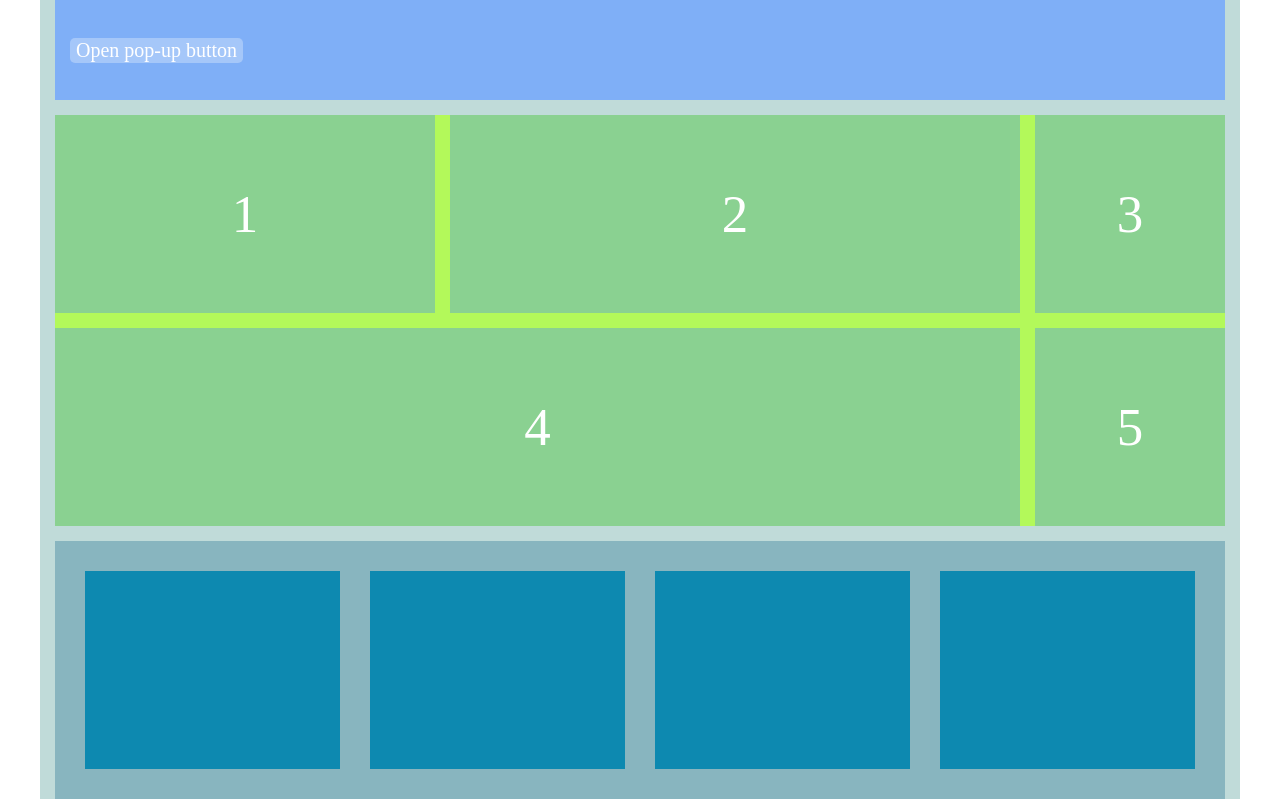
Repository: Evgenius190999999/nodasoft
Page: index.html
An editor plug-in stored every save of this project. The page is shown before and after the next save, followed by the edit.
The browser window is 1280 px wide. The pictures show the whole page.
Some web libraries are served in a nearby version. The style sheet was rebuilt from its Sass, Less or Tailwind sources for each picture, by a compiler version that may differ from the author's.

Above is the page before, as saved 2022-07-08 15:21:23.

After the next save:
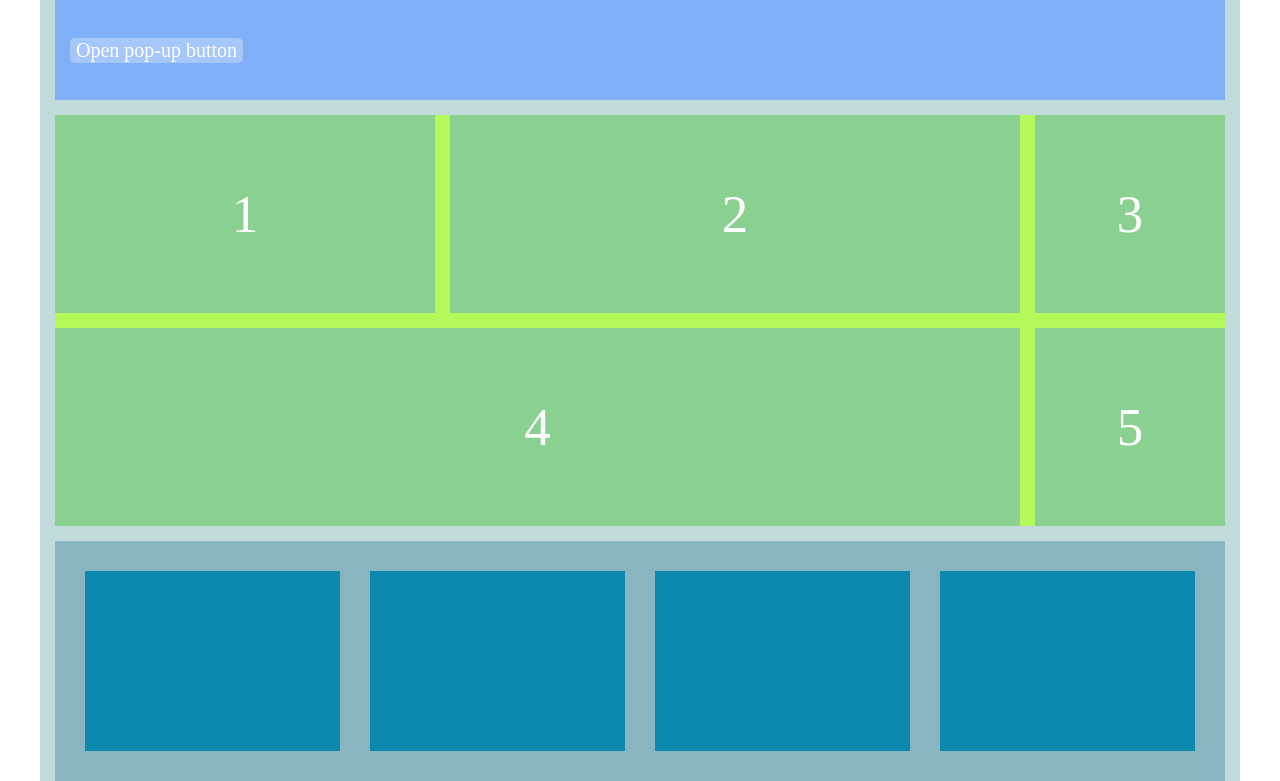
Saved 2 min 28 s later.
--- a/style/sass/style.sass
+++ b/style/sass/style.sass
@@ -60,7 +60,7 @@
     display: flex
     background: #88B5BF
     div
-        height: 198px
+        height: 25vh
         background: #0D89B0
         margin: 30px 15px 30px 15px
         max-width: 255px

After the save that followed:
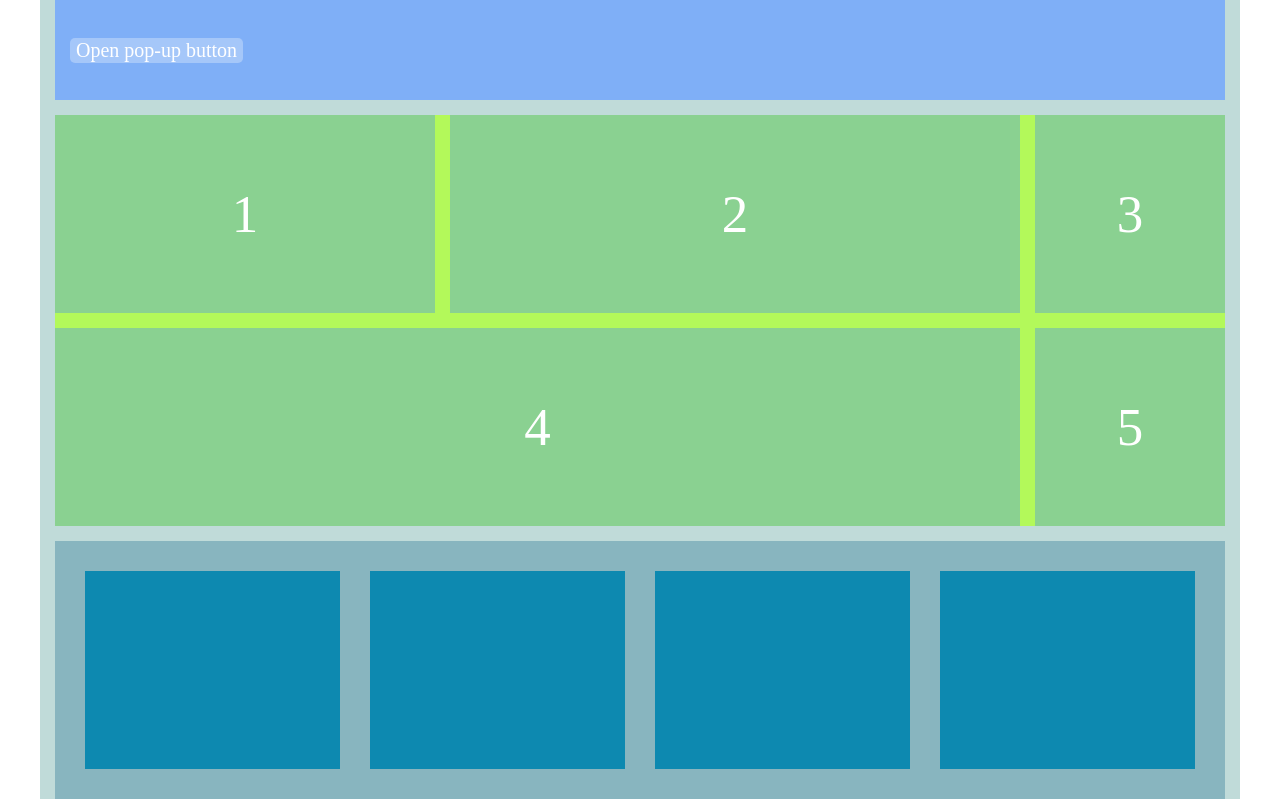
Saved 96 s later.
--- a/style/sass/style.sass
+++ b/style/sass/style.sass
@@ -60,7 +60,7 @@
     display: flex
     background: #88B5BF
     div
-        height: 25vh
+        height: 198px
         background: #0D89B0
         margin: 30px 15px 30px 15px
         max-width: 255px
